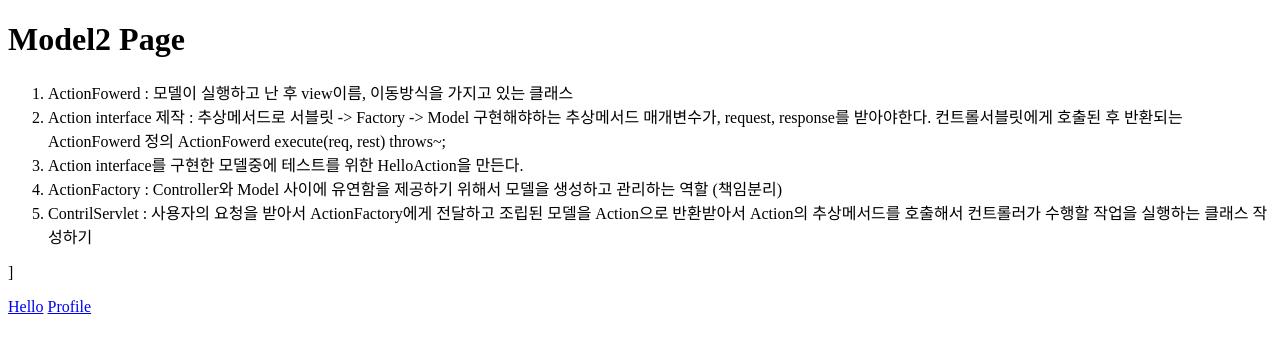
Repository: hyo-lang/java_ICT
Page: http://localhost/mvc1024/
The author's editor kept a copy of each file at every save. The page is drawn from the files as they stood at one save, then again after a run of saves.
The browser window is 1280 px wide. The pictures show the whole page.
The page is served by Tomcat 9.

Above is the page before, as saved 2024-10-24 06:02:38.

After the next 2 saves:
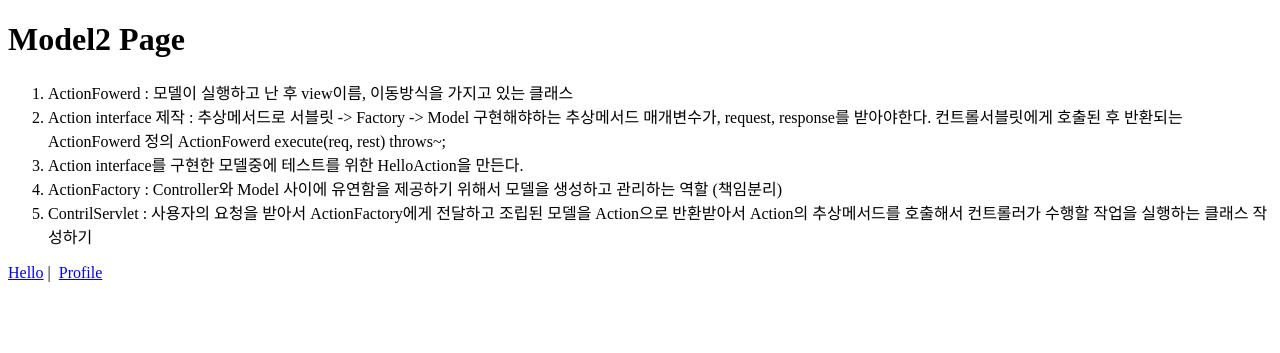
The 2 saves are shown as one change because they came seconds apart.
The last was saved 53 s later.
--- a/mvc1024/src/main/webapp/index.jsp
+++ b/mvc1024/src/main/webapp/index.jsp
@@ -18,12 +18,7 @@
 			관리하는 역할 (책임분리)</li>
 		<li>ContrilServlet : 사용자의 요청을 받아서 ActionFactory에게 전달하고 조립된 모델을
 			Action으로 반환받아서 Action의 추상메서드를 호출해서 컨트롤러가 수행할 작업을 실행하는 클래스 작성하기</li>
-	</ol>]
-	<div>
-		<p>
-			<a href="mstudy.ict?cmd=hello">Hello</a>
-			<a href="mstudy.ict?cmd=profile">Profile</a>
-		</p>
-	</div>
+	</ol>
+	<%@include file="menu.jsp"%>
 </body>
 </html>
